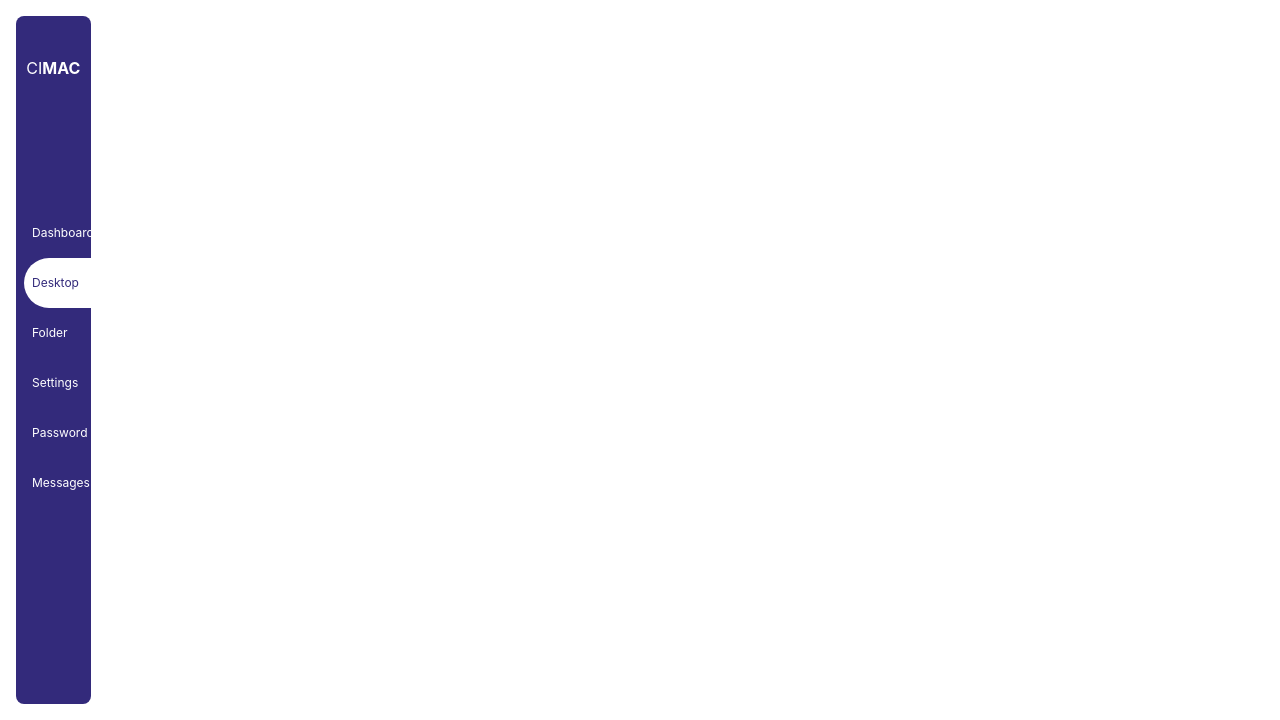
Repository: charleyvibez/experiment-Utility-software-UI
Page: index.html
These files come from the project's save history. The page is drawn as it stood at one moment and after a run of saves; the edit follows.
The browser window is 1280 px wide. The pictures show the whole page.

Above is the page before, as saved 2020-03-17 23:43:09.

### index.html
<!DOCTYPE html>
<html lang="en">
<head>
  <meta charset="UTF-8">
  <meta name="viewport" content="width=device-width, initial-scale=1.0">

  <link rel="stylesheet" href="tailwind.css">
  <link rel="stylesheet" href="index.css">
  <title>Document</title>
</head>
<body>
  <aside class="w-1/12 p-4 h-screen">
    <div class="aside-container bg-gray-100 rounded-lg flex flex-col items-center h-full">
      <div class="logo pt-10 text-white">
        <h3>CI<span class="font-bold">MAC</span></h3>
      </div>

      <nav class="flex flex-col items-center text-xs mt-32 text-white w-full pl-2">
        <div class="nav-item w-full pl-2 py-4">Dashboard</div>
        <div class="nav-item w-full pl-2 py-4 active-nav">Desktop</div>
        <div class="nav-item w-full pl-2 py-4">Folder</div>
        <div class="nav-item w-full pl-2 py-4">Settings</div>
        <div class="nav-item w-full pl-2 py-4">Password</div>
        <div class="nav-item w-full pl-2 py-4">Messages</div>
      </nav>
    </div>

  </aside>

  <main>
    <div class="main-container">
      <div class="hello">

      </div>
    </div>
  </main>
</body>
</html>

### index.css
.aside-container {
  background: #332a7b;
}
.active-nav {
  position: relative;
  background:white;
  color: #332a7b;
  border-bottom-left-radius: 30px;
  border-top-left-radius: 30px;
}

/* .active-nav:before {
  position: absolute;
  content: '';
  height: 30px;
  width: 30px;
  border-radius: 50%;
  top: -25px;
  right: 0;
  background: #332a7b;
} */

Loaded but not shown: tailwind.css (library)

After the next 10 saves:
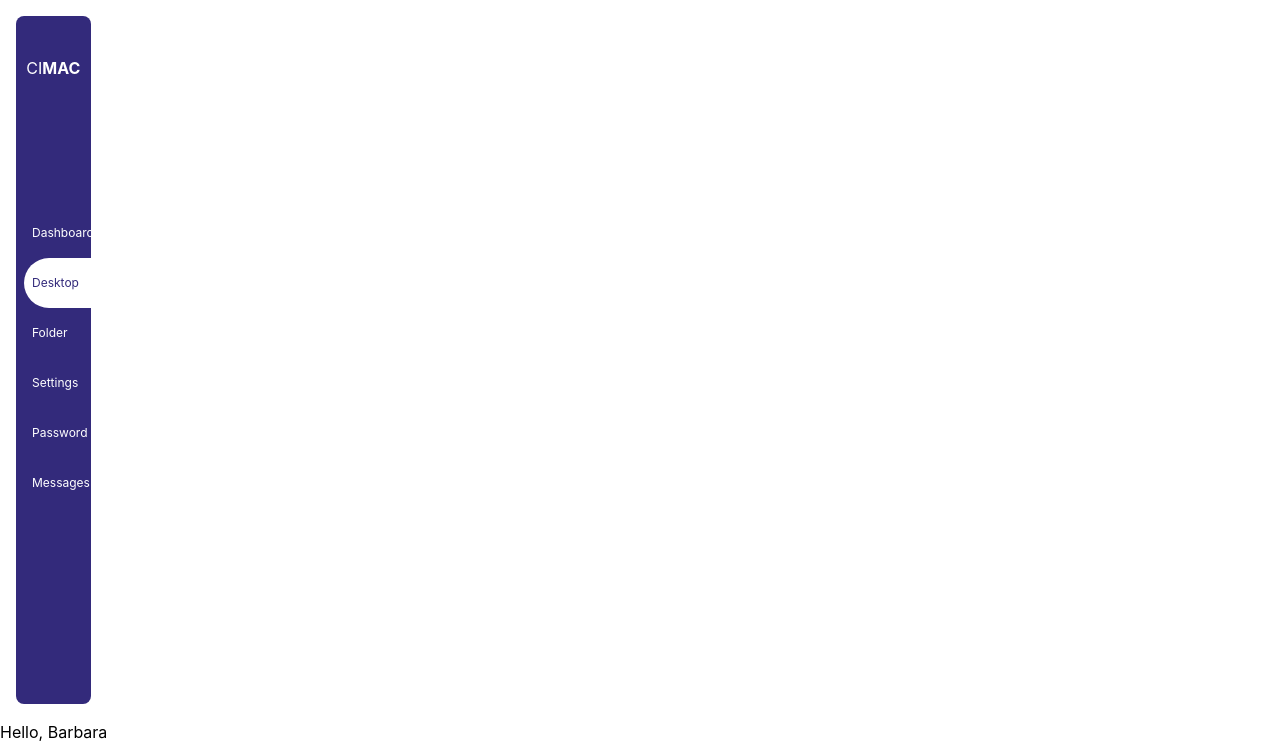
The 10 saves are shown as one change because they came seconds apart.
The last was saved 18 s later.
--- a/index.html
+++ b/index.html
@@ -30,7 +30,7 @@
   <main>
     <div class="main-container">
       <div class="hello">
-
+        <h1>Hello, Barbara</h1>
       </div>
     </div>
   </main>
